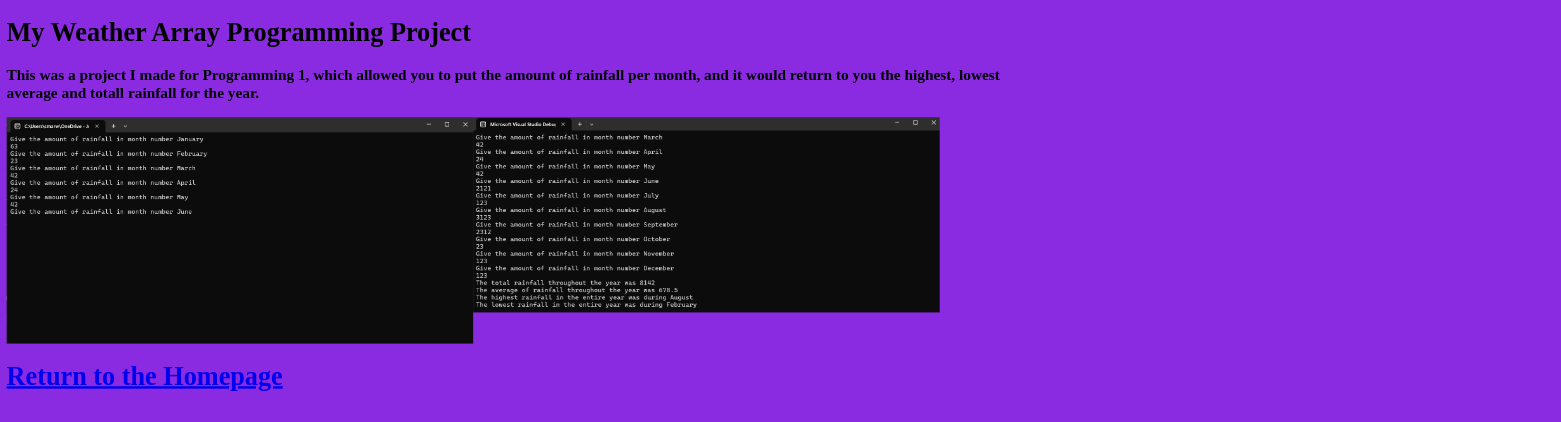
Repository: captainm64/captainm64
Page: projectshow.html
These files come from the project's save history. The page is drawn as it stood at one moment and after the next save; the edit follows.
The browser window is 1280 px wide. The page is 1904 px wide, so the pictures cover 1904 px, including what lies to the right of the window. The pictures show the whole page, at 82% of full size.

Above is the page before, as saved 2026-05-12 09:32:06.

After the next save:
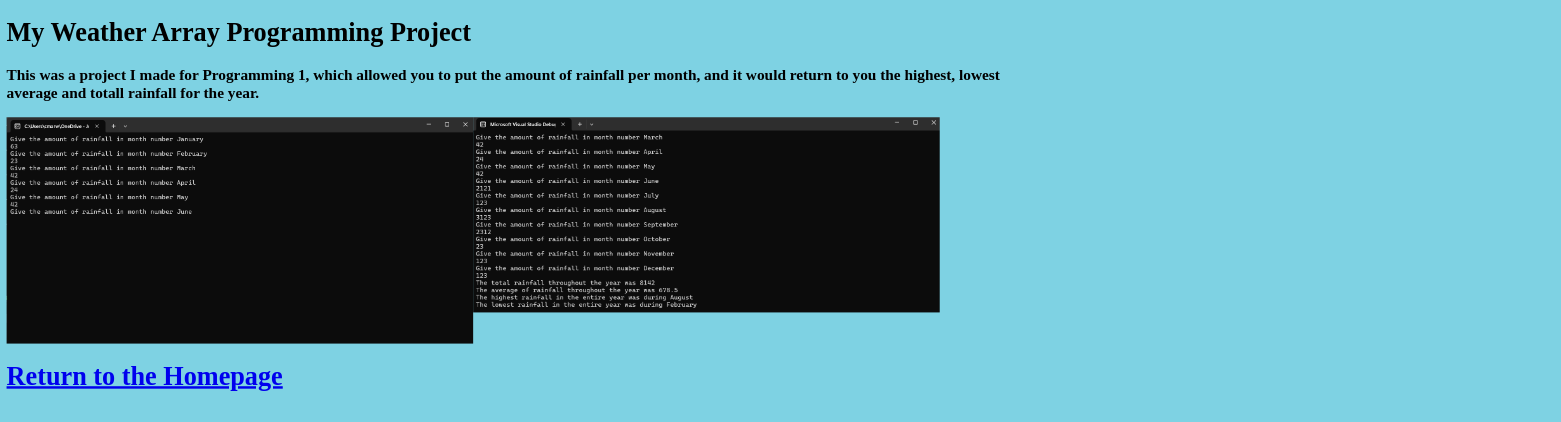
Saved 3 min 36 s later.
--- a/styles/index.css
+++ b/styles/index.css
@@ -1,5 +1,5 @@
 html{
-   background-color: blueviolet;
+   background-color: rgb(126, 210, 227);
 }
 
 
